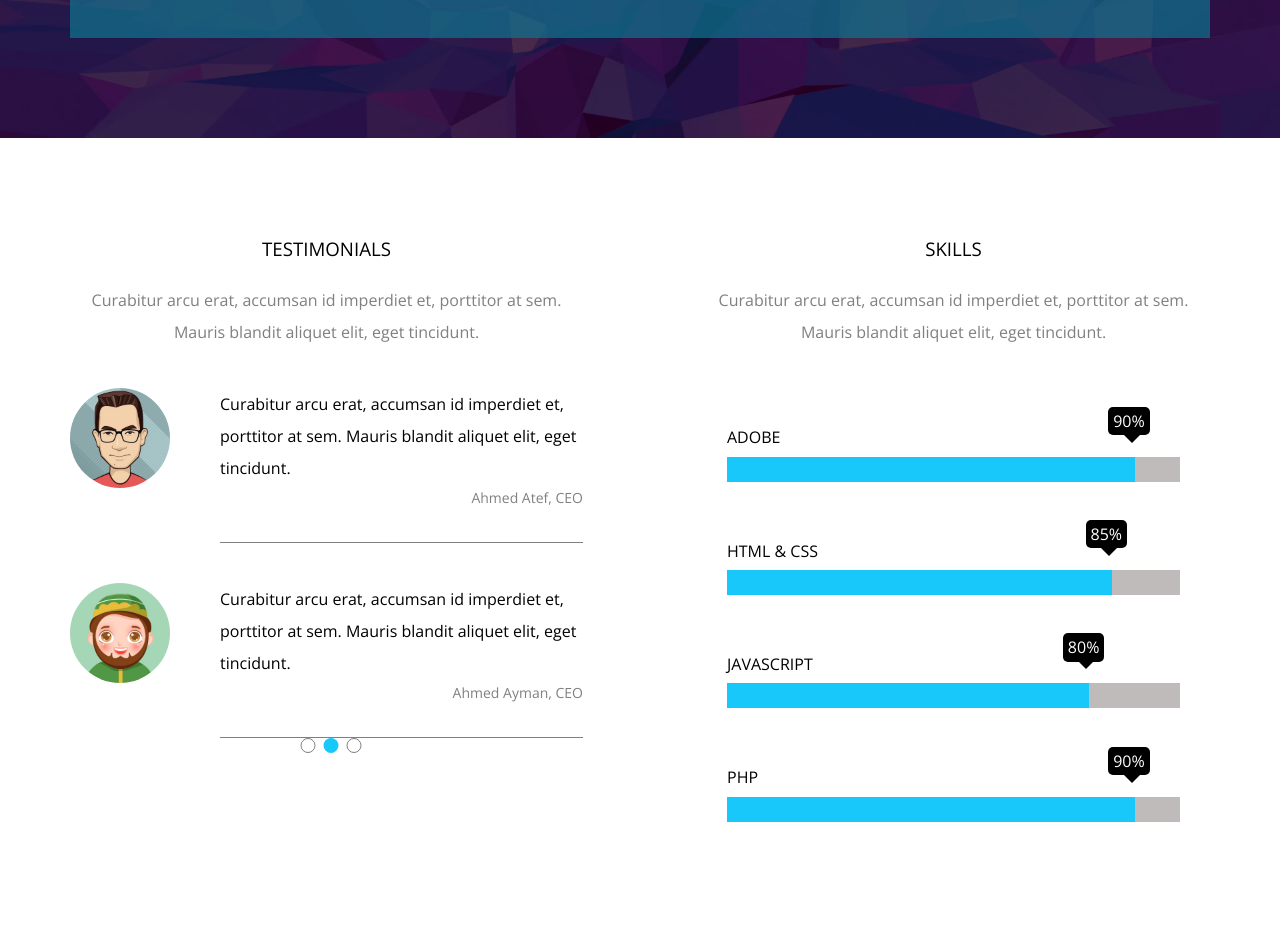
Repository: Ahmed123rezk123/Template_2
Page: index.html
The author's editor kept a copy of each file at every save. The page is drawn from the files as they stood at one save, then again after the next save.
The browser window is 1280 px wide. The pictures show the part of the page from y = 4915 to 5867 px (the page is 5867 px tall).
A picture or video elsewhere on the page could not be fetched, so the positions and the page height are approximate. Some web fonts or font styles are not loaded; a fallback is used.

Above is the page before, as saved 2024-04-15 19:13:50.

After the next save:
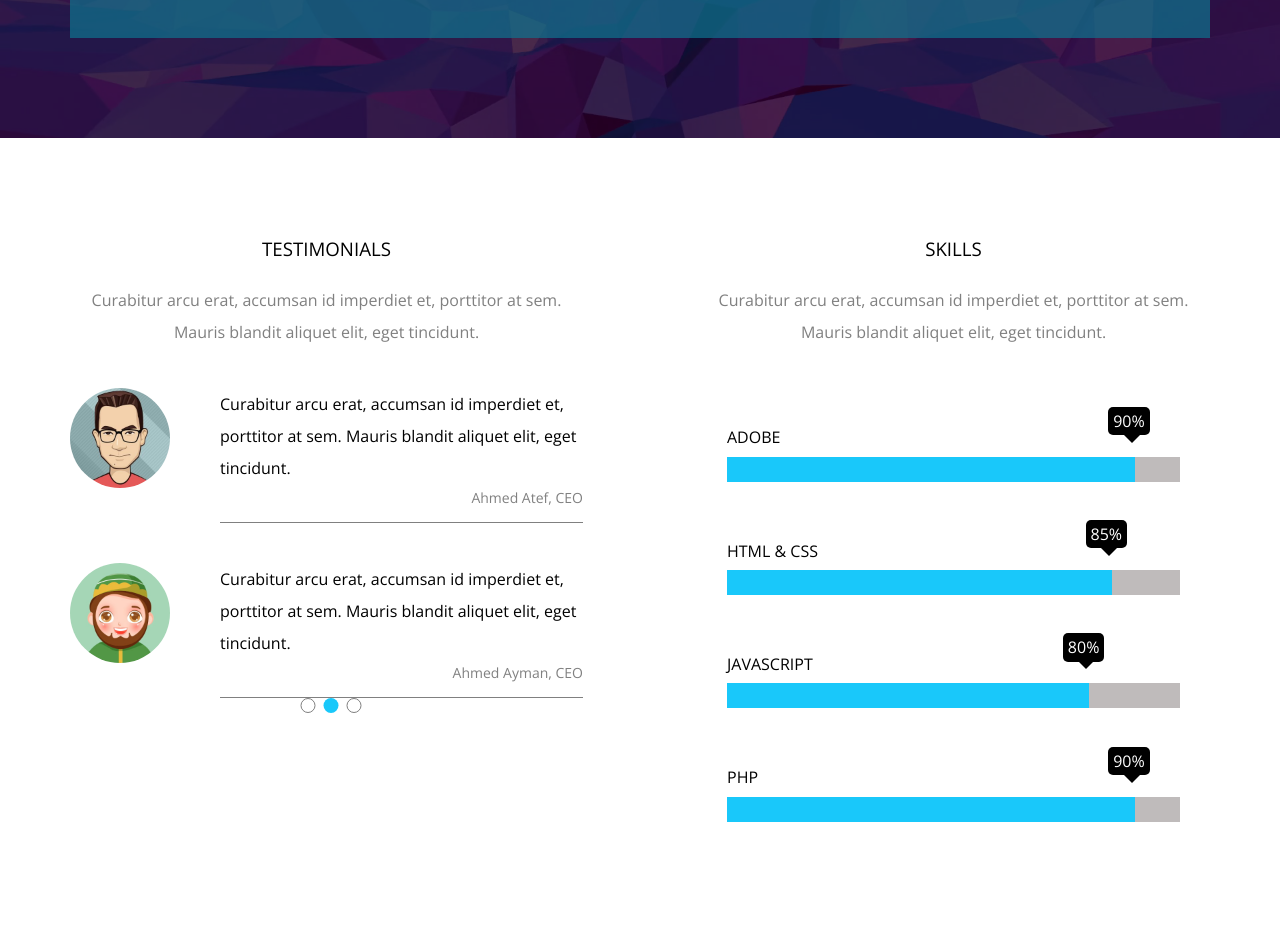
Saved 4 s later.
--- a/css/kasper.css
+++ b/css/kasper.css
@@ -708,7 +708,7 @@ margin-right: 50px;
 .our-skills .container .testimonial .box .text p {
    text-align: right;
    font-size: 14px;
-   margin-bottom: 30px;
+   margin-bottom: 10px;
 
 }
 
